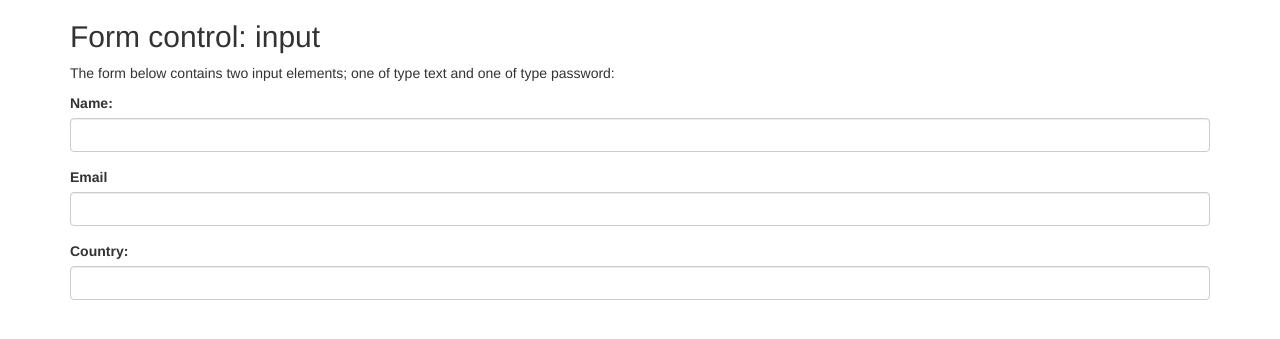
Repository: suvarsha/cognizant-projects
Page: BootStramp1/WebContent/profile.html
These files come from the project's save history. The page is drawn as it stood at one moment and after the next save; the edit follows.
The browser window is 1280 px wide. The pictures show the whole page.

Above is the page before, as saved 2020-01-18 12:24:30.

After the next save:
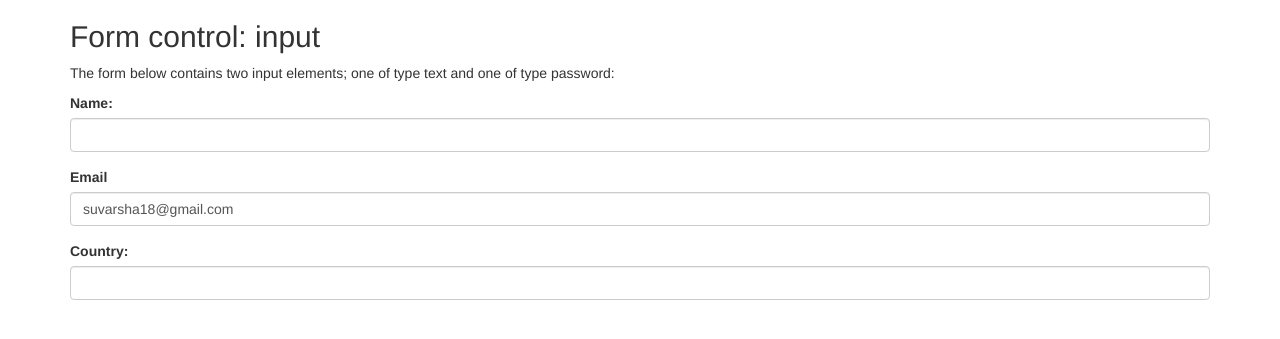
Saved 60 s later.
--- a/BootStramp1/WebContent/profile.html
+++ b/BootStramp1/WebContent/profile.html
@@ -20,7 +20,7 @@
     </div>
     <div class="form-group">
       <label for="mail">Email</label>
-      <input type="email" class="form-control" id="ml">
+      <input type="email"  value=suvarsha18@gmail.com class="form-control" id="ml">
     </div>
     <div class="form-group">
       <label for="cnty">Country:</label>
